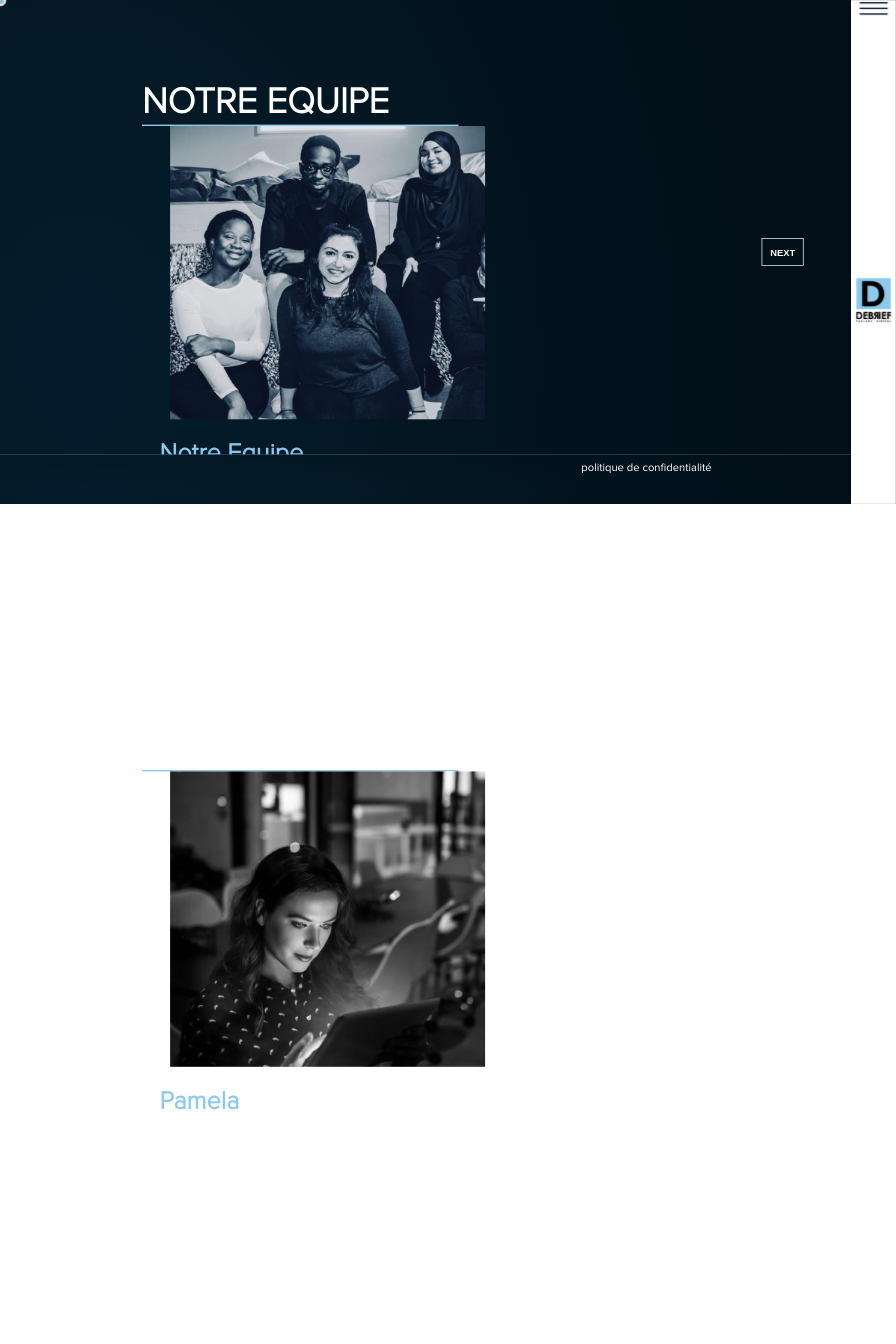
Repository: keloriane/debriefs
Page: /debriefs/a-propos
The author's editor kept a copy of each file at every save. The page is drawn from the files as they stood at one save, then again after the next save.
The browser window is 1280 px wide. The pictures show the part of the page from y = 0 to 1920 px (the page is 2881 px tall before and 2686 px after), at 70% of full size.
The project was rebuilt for these pictures with package versions that can differ from the ones it lists, and the page was loaded fresh each time. Also part of the build but not shown: src/components/Title/Title.jsx, src/components/page/Contact/Contact.jsx, src/components/Nav/Nav.jsx, src/components/page/Home/Home.jsx, src/components/page/Service/Services.jsx, src/components/page/Service/ServiceDetails.jsx, src/components/page/Webinaire/Webinaires.jsx, src/components/page/Techspace/Techspace.jsx and 7 more. Imported but missing from the stored project, and not drawn on this page: src/assets/video/video.mp4.

Above is the page before, as saved 2020-07-28 12:51:14.

After the next save:
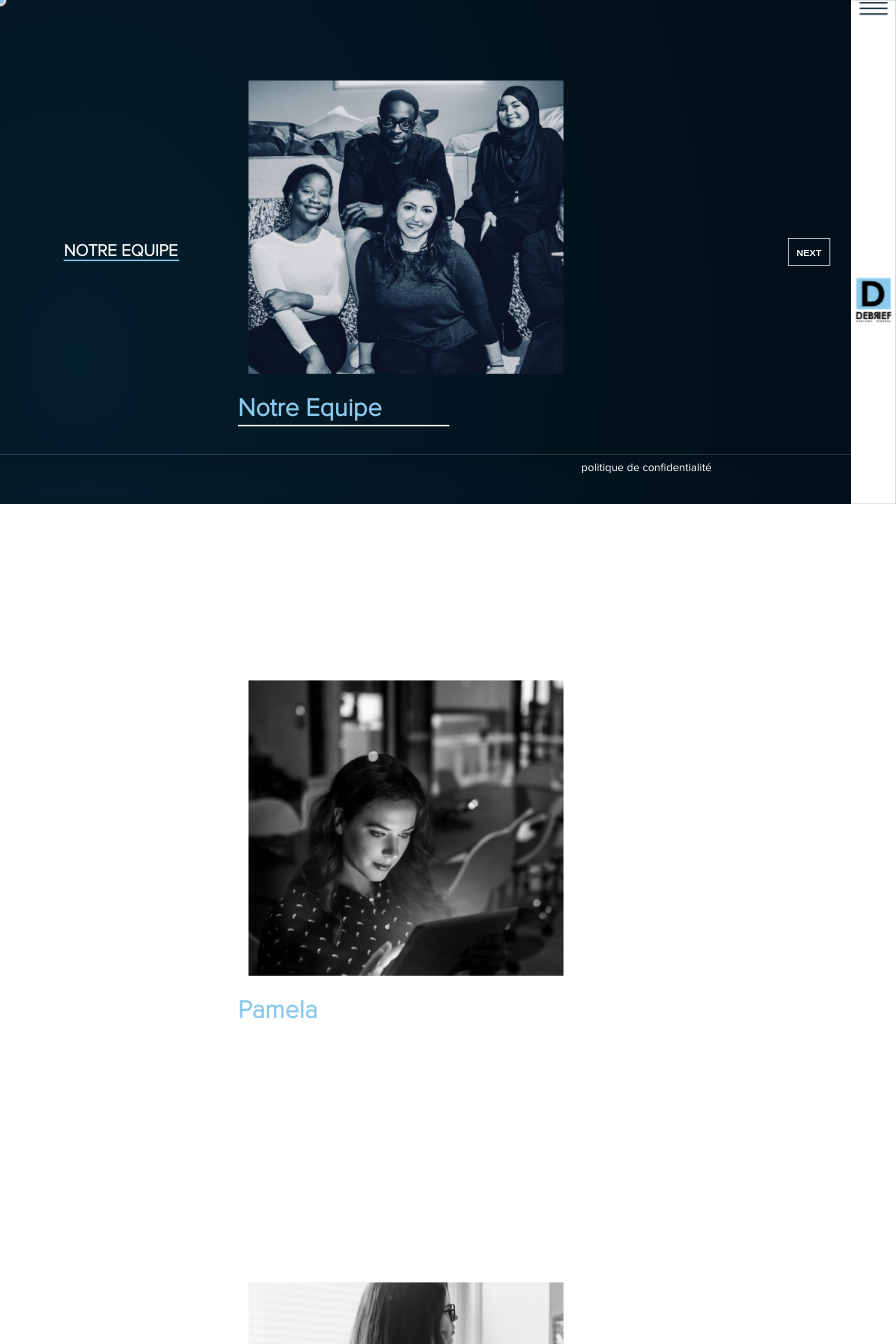
Saved 33 s later.
--- a/src/components/page/Main/Main.jsx
+++ b/src/components/page/Main/Main.jsx
@@ -35,13 +35,13 @@
             <div className="logo-content-about">
                 <HomeB />
             </div>
-            <div className="about-media-content">
-                {  teams.map((team) => (
-                    <>
                 <div className="title-content">
                     <h2>NOTRE EQUIPE</h2>
                     <div className="underline"></div>
                 </div>
+            <div className="about-media-content">
+                {  teams.map((team) => (
+                    <>
                 <div className="image-container">
                     <img src={team.image} alt="" />
                 </div>
